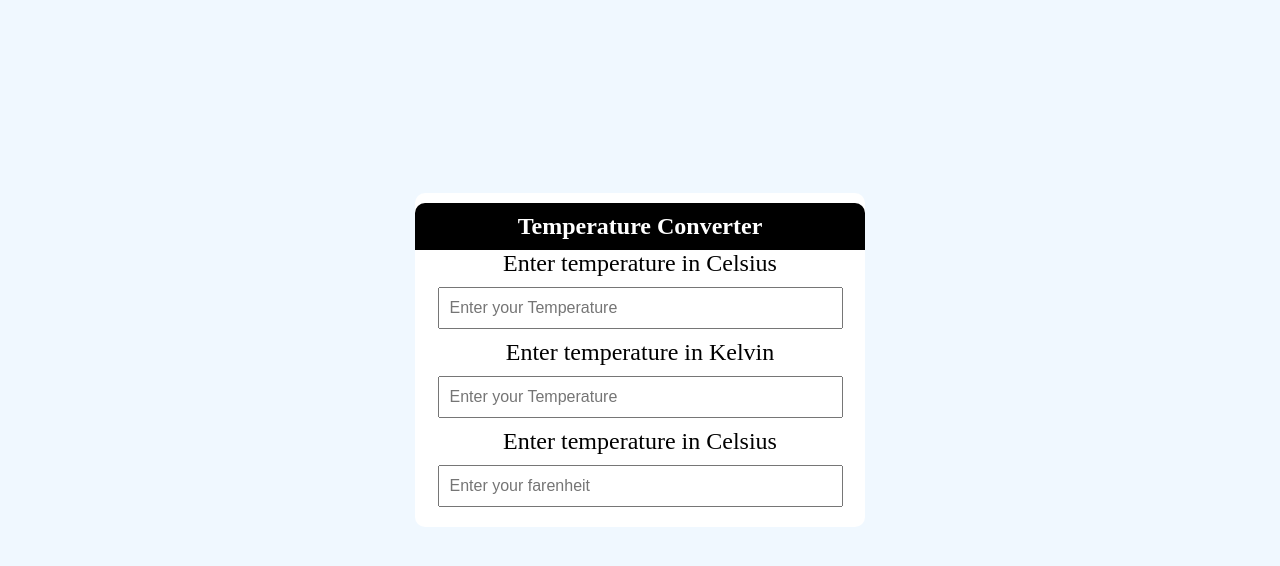
Repository: JunaidAnsari202/Temperature-Converter
Page: index.html
The author's editor kept a copy of each file at every save. The page is drawn from the files as they stood at one save, then again after a run of saves.
The browser window is 1280 px wide. The pictures show the whole page.

Above is the page before, as saved 2024-10-16 13:41:16.
Not found: script,js

### index.html
<!DOCTYPE html>
<html lang="en">
<head>
    <meta charset="UTF-8">
    <meta name="viewport" content="width=device-width, initial-scale=1.0">
    <title>Temperatue converter</title>
    <link rel="stylesheet" href="style.css">
</head>
<body>
  <div class="container">
    <div class="header">
        <h2>Temperature Converter</h2>

  </div>
  <div class="input1">
    <label for="input1">  Enter temperature in Celsius </label>
    <input type="number" id="calsius" placeholder="Enter your Temperature">
  </div>
  <div class="input2">
    <label for="input2">  Enter temperature in Kelvin </label>
    <input type="number" id="kelvin" placeholder="Enter your Temperature">
  </div>
  <div class="input3">
    <label for="input3">  Enter temperature in Celsius </label>
    <input type="number" id="farenheit" placeholder="Enter your farenheit">
  </div>
</div>
    <script src="script,js"></script>
</body>
</html>

### style.css
*{
    margin: 0;
    padding: 0;
    box-sizing: border-box;
}

body{
    background-color: aliceblue;
    display: flex;
    justify-content: center;
    align-items: center;
    height: 100vh;
    flex-direction: column;

}

.container{
    width: 450px;
    background-color: rgb(255, 255, 255);
    border-radius: 10px;
    text-align: center;

}

.header{
    margin-top: 10px;
    background-color: black;
    color: white;
    font-size: 1rem;
    padding: 10px;
    border-radius: 10px 10px 0 0;

}

label{
    display: block;
    font-size: 1.5rem;
    margin-bottom: 10px;
}

input{
    width: 90%;
    padding: 10px;
    margin-bottom: 10px;
    font-size: 1rem;

}

.input3{
    margin-bottom: 10px;
}

After the next 4 saves:
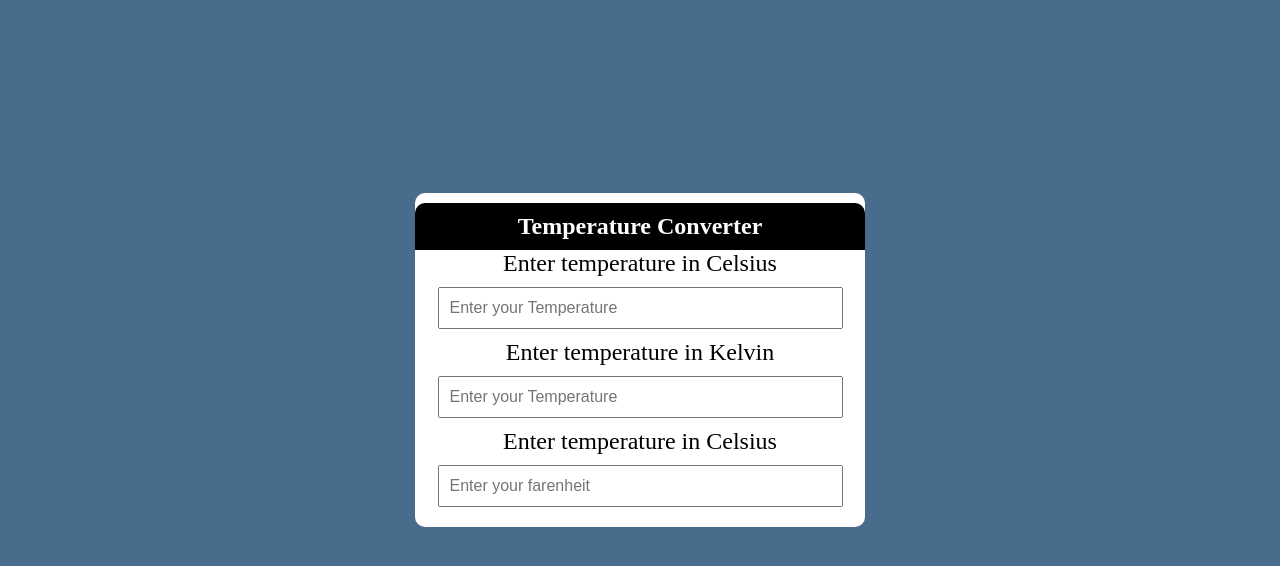
The 4 saves are shown as one change because they came seconds apart.
The last was saved 19 s later.
--- a/style.css
+++ b/style.css
@@ -5,7 +5,7 @@
 }
 
 body{
-    background-color: aliceblue;
+    background-color: rgb(72, 108, 139);
     display: flex;
     justify-content: center;
     align-items: center;
